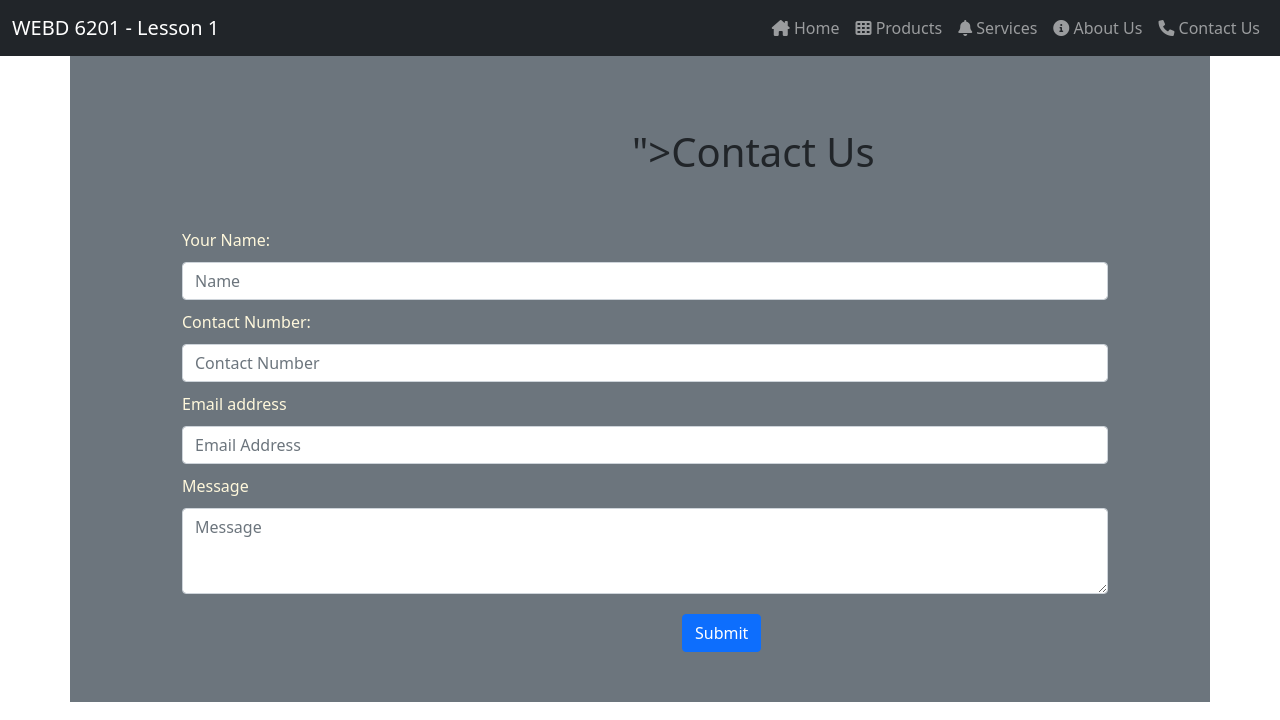
Repository: devanshudave1901/DevanshuDave_AngaranYogeswaranLab2
Page: contact.html
The author's editor kept a copy of each file at every save. The page is drawn from the files as they stood at one save, then again after the next save.
The browser window is 1280 px wide. The pictures show the whole page.

Above is the page before, as saved 2022-02-10 12:38:09.

### contact.html
<!DOCTYPE html>
<html lang="en">
  <head>
    <meta charset="UTF-8" />
    <meta http-equiv="X-UA-Compatible" content="IE=edge" />
    <meta name="viewport" content="width=device-width, initial-scale=1.0" />
    <title>Contact Us</title>
    <link
      rel="stylesheet"
      href="./node_modules/bootstrap/dist/css/bootstrap.min.css"
    />
    <link
      rel="stylesheet"
      href="./node_modules/@fortawesome/fontawesome-free/css/all.min.css"
    />
    <link rel="stylesheet" href="./Content/app.css" />
  </head>
  <body>
    <nav class="navbar navbar-expand-lg navbar-dark bg-dark">
      <div class="container-fluid">
        <a class="navbar-brand" href="#">WEBD 6201 - Lesson 1</a>
        <button
          class="navbar-toggler"
          type="button"
          data-bs-toggle="collapse"
          data-bs-target="#navbarSupportedContent"
          aria-controls="navbarSupportedContent"
          aria-expanded="false"
          aria-label="Toggle navigation"
        >
          <span class="navbar-toggler-icon"></span>
        </button>
        <div class="collapse navbar-collapse" id="navbarSupportedContent">
          <ul class="navbar-nav ms-auto">
            <li class="nav-item active">
              <a class="nav-link" aria-current="page" href="./index.html"
                ><i class="fa-solid fa-house-chimney"></i> Home</a
              >
            </li>

            <li class="nav-item">
              <a class="nav-link" href="./products.html"
                ><i class="fa-solid fa-th"></i> Products</a
              >
            </li>
            <li class="nav-item">
              <a class="nav-link" href="./services.html"
                ><i class="fa-solid fa-bell"></i> Services</a
              >
            </li>
            <li class="nav-item">
              <a class="nav-link" href="./about.html">
                <i class="fa-solid fa-circle-info"></i> About Us</a
              >
            </li>
            <li class="nav-item">
              <a class="nav-link" href="./contact.html">
                <i class="fa-solid fa-phone"></i> Contact Us</a
              >
            </li>
          </ul>
        </div>
      </div>
    </nav>
    <div class="jumbotron bg-secondary container" id="contentArea">
      <br />
      <br />
      <br />
      <h1 id="contactId">
        <i class="fa-thin <i class="fab fa-comment-alt-dollar"></i>"></i>Contact Us
      </h1>
      <br />

      <form id="Contactform">
        <div class="form-group">
          <label for="InputName">Your Name: </label>
          <input
            type="text"
            class="form-control"
            id="InputName"
            placeholder="Name"
          />
        </div>
        <div class="form-group">
          <label for="InputNumber">Contact Number: </label>
          <input
            type="number"
            class="form-control"
            id="InputNumber"
            placeholder="Contact Number"
          />
        </div>
        <div class="form-group">
          <label for="InputEmail1"> Email address</label>
          <input
            type="email"
            class="form-control"
            id="exampleInputEmail1"
            placeholder="Email Address"
          />
        </div>

        <div class="form-group">
          <label for="InputMessage">Message</label>
          <textarea
            class="form-control"
            id="InputMessage"
            placeholder="Message"
            rows="3"
          ></textarea>
        </div>

        <button type="submit" class="btn btn-primary">Submit</button>
      </form>
    </div>
    <!-- 3RD Party Library-->
    <script src="./node_modules/jquery/dist/jquery.min.js"></script>
    <script src="./node_modules/bootstrap/dist/js/bootstrap.min.js"></script>
  </body>
</html>

### Content/app.css
#Contactform {
  padding: 10px 90px 50px 100px;
}
#Contactform label {
  color: cornsilk;
  padding-bottom: 10px;
  padding-top: 10px;
}

#Contactform button {
  margin-top: 20px;
  margin-left: 500px;
}
.formInputBox {
  padding-left: 60px;
  margin: 8px 0;
  border: dashed;
  box-sizing: border-box;
}

#contactId {
  padding-left: 550px;
}

Loaded but not shown: node_modules/bootstrap/dist/css/bootstrap.min.css (library); node_modules/@fortawesome/fontawesome-free/css/all.min.css (library); node_modules/jquery/dist/jquery.min.js (library); node_modules/bootstrap/dist/js/bootstrap.min.js (library)

After the next save:
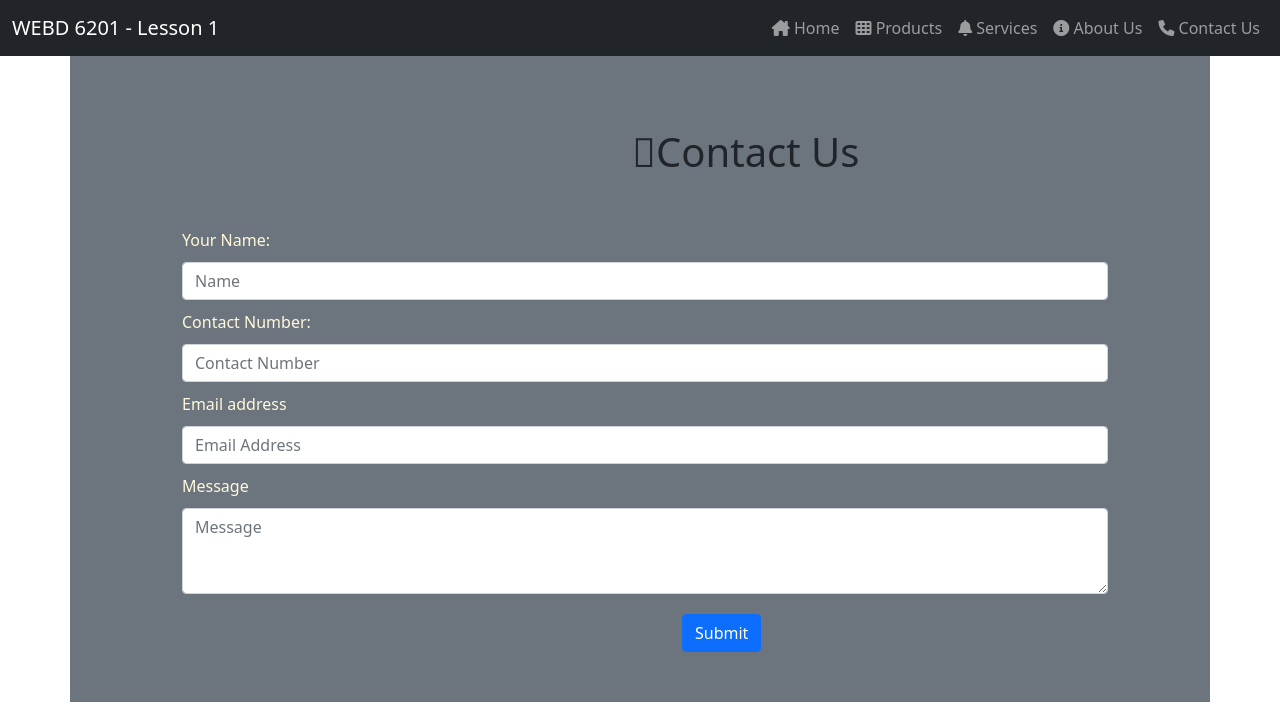
Saved 10 s later.
--- a/contact.html
+++ b/contact.html
@@ -66,9 +66,7 @@
       <br />
       <br />
       <br />
-      <h1 id="contactId">
-        <i class="fa-thin <i class="fab fa-comment-alt-dollar"></i>"></i>Contact Us
-      </h1>
+      <h1 id="contactId"><i class="fa-thin fa-comment"></i>Contact Us</h1>
       <br />
 
       <form id="Contactform">
